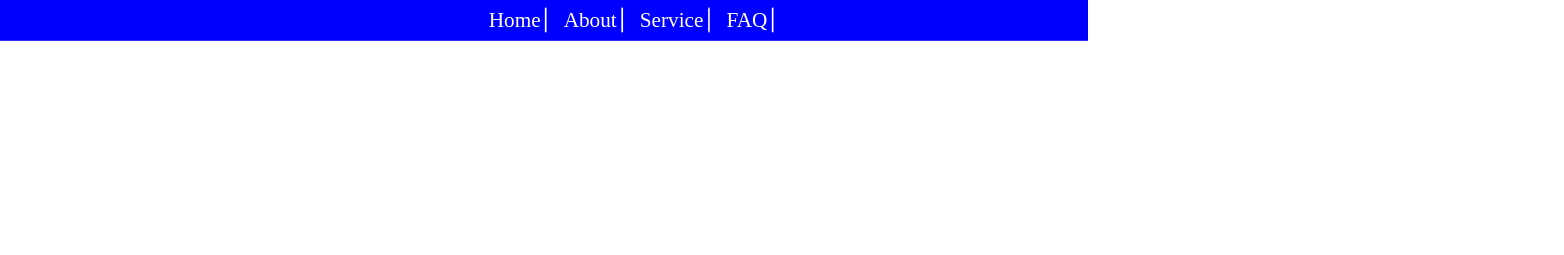
Repository: kenyi-mic/ugv-celender-ui
Page: /
An editor plug-in stored every save of this project. The page is shown before and after the next save, followed by the edit.
The browser window is 1280 px wide. The page is 1840 px wide, so the pictures cover 1840 px, including what lies to the right of the window. The pictures show the whole page, at 85% of full size.
The project was rebuilt for these pictures with package versions that can differ from the ones it lists, and the page was loaded fresh each time.

Above is the page before, as saved 2021-06-09 10:47:01.

After the next save:
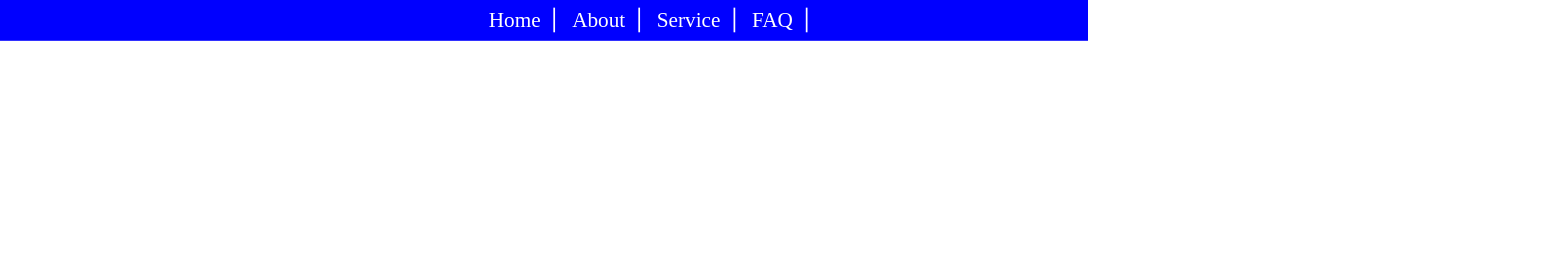
Saved 15 s later.
--- a/src/index.css
+++ b/src/index.css
@@ -25,7 +25,7 @@
   content: " ";
   width: 20px;
   color: #fff;
-  margin-left: 5px;
+  margin-left: 15px;
   border: 1px solid rgb(255, 255, 255);
 }
 
